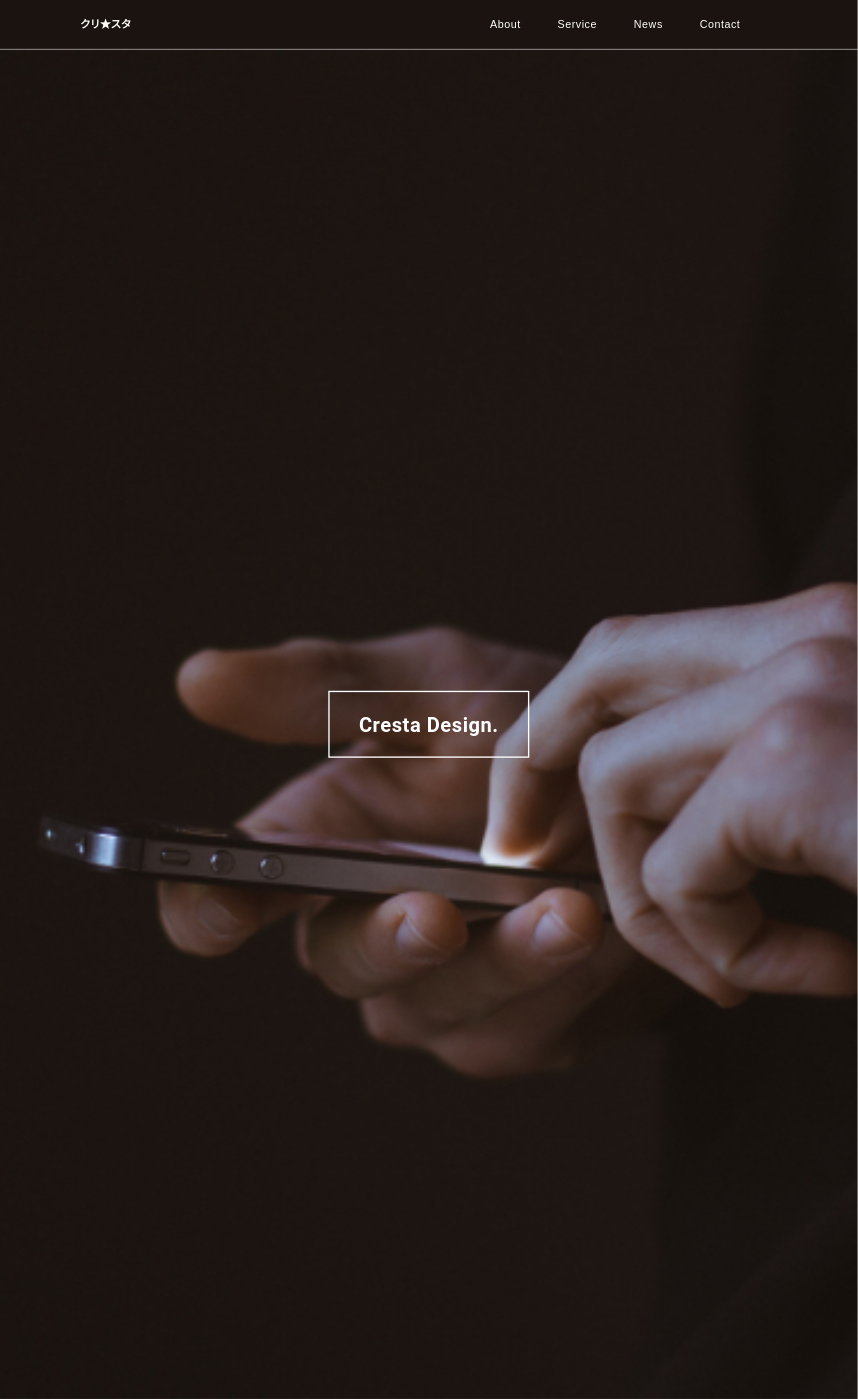
Repository: hatarakimono-kumasan/kurisuta_1st
Page: index.html
These files come from the project's save history. The page is drawn as it stood at one moment and after the next save; the edit follows.
The browser window is 1280 px wide. The pictures show the whole page, at 67% of full size.
Some web libraries are served in a nearby version. The style sheet was rebuilt from its Sass, Less or Tailwind sources for each picture, by a compiler version that may differ from the author's.

Above is the page before, as saved 2020-05-14 18:26:52.

After the next save:
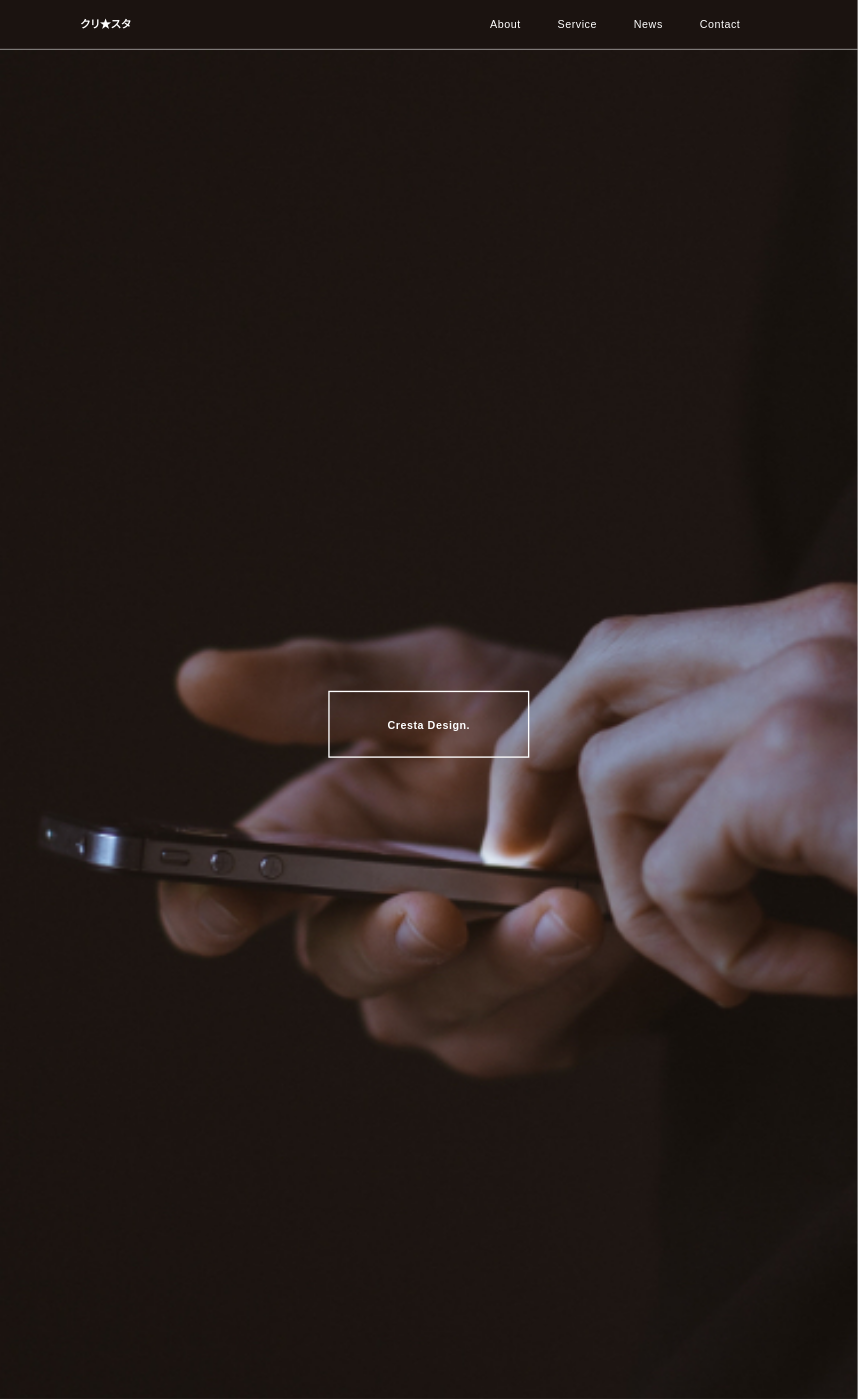
Saved 53 s later.
--- a/scss/layout/_main.scss
+++ b/scss/layout/_main.scss
@@ -15,8 +15,8 @@
 		color: #fff;
 		position: absolute;
 		transform: translateY(-50%);
-		// font: #fff 30px Roboto bold;
-		font: bold 30px Roboto;
+		font: #fff 30px Roboto bold;
+		// font: bold 30px Roboto;
 		top: 50%;
 		left: 50%;
 		text-align: center;

After the save that followed:
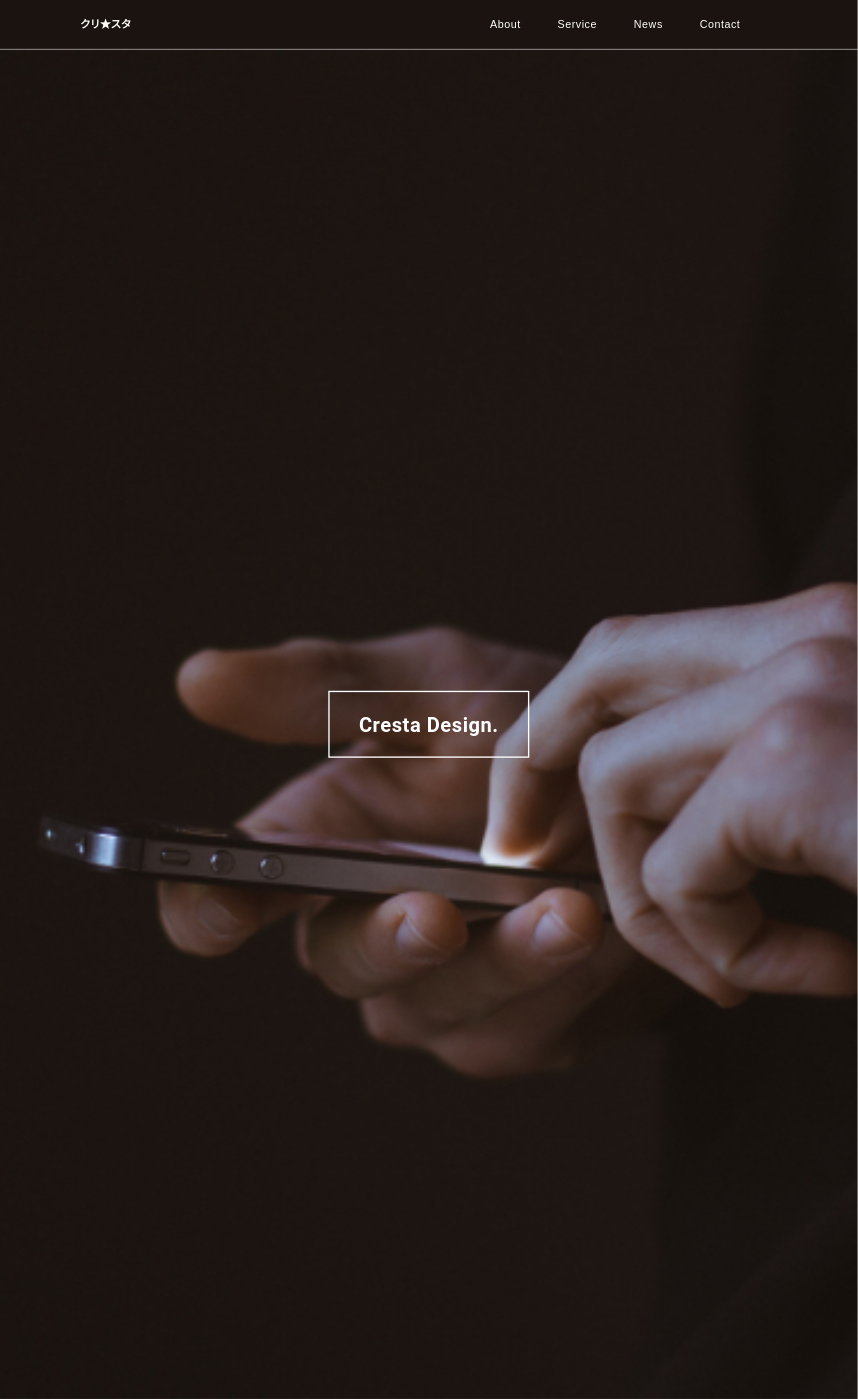
Saved 29 s later.
--- a/scss/layout/_main.scss
+++ b/scss/layout/_main.scss
@@ -15,8 +15,7 @@
 		color: #fff;
 		position: absolute;
 		transform: translateY(-50%);
-		font: #fff 30px Roboto bold;
-		// font: bold 30px Roboto;
+		font: bold 30px Roboto;
 		top: 50%;
 		left: 50%;
 		text-align: center;
